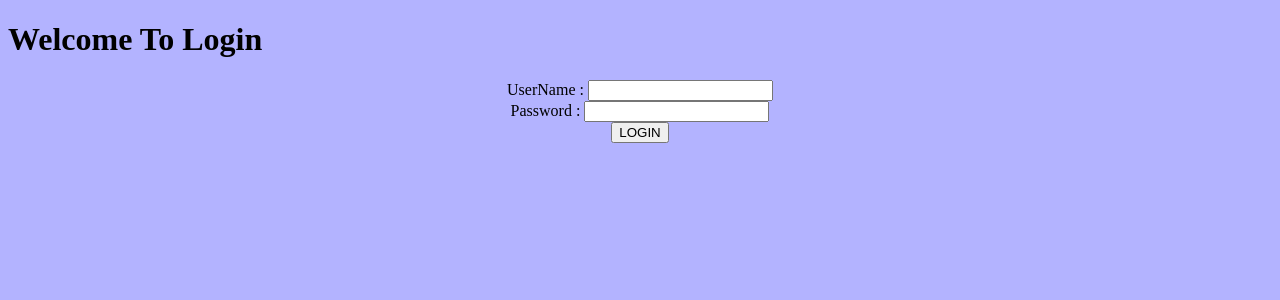
Repository: hitu-1995/reg14_spring_boot
Page: http://localhost/15-Spring-Boot-MVC-Project/login.jsp
The author's editor kept a copy of each file at every save. The page is drawn from the files as they stood at one save, then again after the next save.
The browser window is 1280 px wide. The pictures show the whole page.
The page is served by Tomcat 9.

Above is the page before, as saved 2024-02-16 10:50:02.

After the next save:
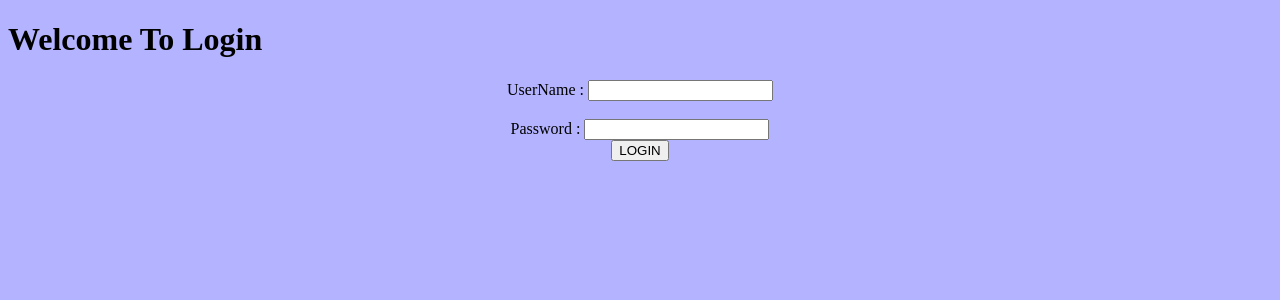
Saved 13 s later.
--- a/15-Spring-Boot-MVC-Project/src/main/webapp/login.jsp
+++ b/15-Spring-Boot-MVC-Project/src/main/webapp/login.jsp
@@ -12,7 +12,7 @@
      <form action="log">
 
        <label>UserName : </label>
-       <input type="text" name="uname"><br>
+       <input type="text" name="uname"><br><br>
        <label>Password : </label>
        <input type="text" name="pass"><br>
        <input type="submit" value="LOGIN">
